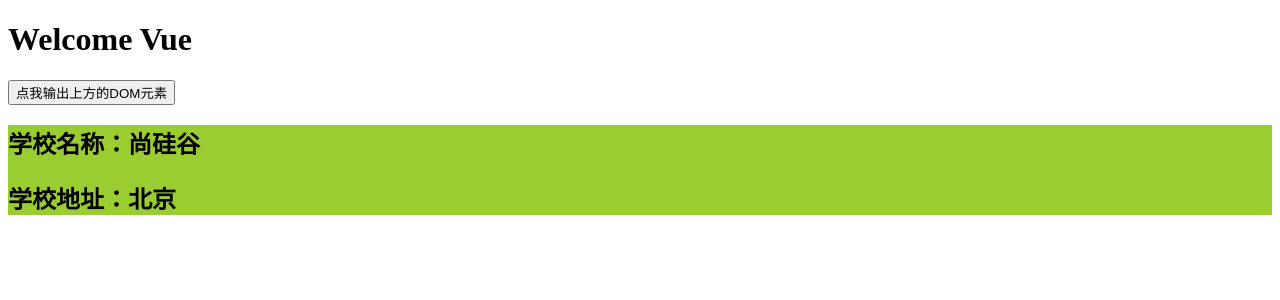
Repository: 319226862/wyy
Page: / (app in vue_test/)
The author's editor kept a copy of each file at every save. The page is drawn from the files as they stood at one save, then again after the next save.
The browser window is 1280 px wide. The pictures show the whole page.
The project was rebuilt for these pictures with package versions that can differ from the ones it lists, and the page was loaded fresh each time. Also part of the build but not shown: vue_test/vue.config.js, vue_test/src/components/Student.vue.

Above is the page before, as saved 2023-06-19 14:52:16.

### vue_test/public/index.html
<!DOCTYPE html>
<html lang="">
  <head>
    <meta charset="utf-8">
    <!-- 针对IE游览器的一个特殊配置，让IE游览器以最高级别的渲染页面 -->
    <meta http-equiv="X-UA-Compatible" content="IE=edge">
    <meta name="viewport" content="width=device-width,initial-scale=1.0">
    <link rel="icon" href="<%= BASE_URL %>favicon.ico">
    <title><%= htmlWebpackPlugin.options.title %></title>
  </head>
  <body>
    <noscript>
      <strong>We're sorry but <%= htmlWebpackPlugin.options.title %> doesn't work properly without JavaScript enabled. Please enable it to continue.</strong>
    </noscript>
    <div id="app"></div>
    <!-- built files will be auto injected -->
  </body>
</html>

### vue_test/src/main.js
// 引入vue
import Vue from 'vue'
// 引入App组件，他所有组件的父组件
import App from './App.vue'

// 关闭vue生产提示
Vue.config.productionTip = false

// 创建vue实例对象--vm
new Vue({
  render: h => h(App),
}).$mount('#app')

### vue_test/src/App.vue
<template>
  <div>
    <h1 v-text="msg" ref="a"></h1>
    <button @click="showDOM">点我输出上方的DOM元素</button>
    <School/>
  </div>
</template>

<script>
import School from './components/School.vue'
import Student from './components/Student.vue'
export default {
  name:'App',
  data(){
    return{
      msg:'Welcome Vue'
    }
  },
  components:{
    School,
    Student
  },
  methods:{
    showDOM(){
      console.log(this.$refs.a)
    }
  }
}
</script>

<style>

</style>

### vue_test/src/components/School.vue
<template>
    <div class="school">
        <h2>学校名称：{{ name }}</h2>
        <h2>学校地址：{{ address }}</h2>
    </div>
</template>

<script>
export default {
    name: 'School',
    data(){
        return{
            name: '尚硅谷',
            address: '北京',
        }
    }
}
</script>

<style>
.school{
background-color: yellowgreen;}
</style>

After the next save:
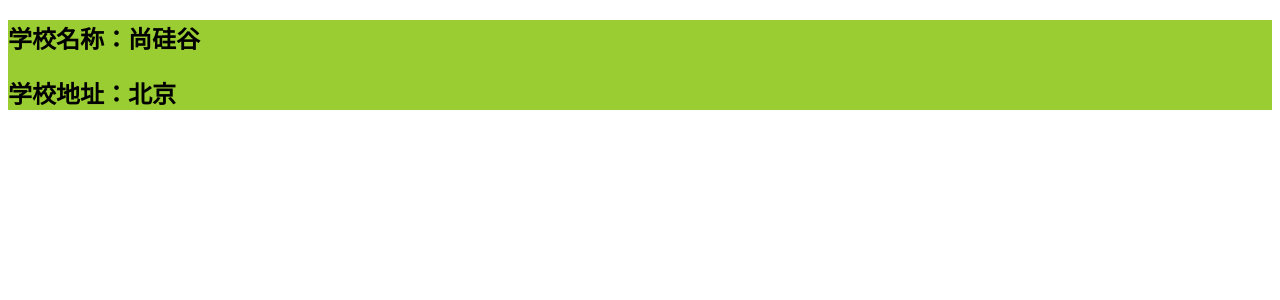
Saved 6 min 50 s later.
--- a/vue_test/src/App.vue
+++ b/vue_test/src/App.vue
@@ -1,14 +1,11 @@
 <template>
   <div>
-    <h1 v-text="msg" ref="a"></h1>
-    <button @click="showDOM">点我输出上方的DOM元素</button>
     <School/>
   </div>
 </template>
 
 <script>
 import School from './components/School.vue'
-import Student from './components/Student.vue'
 export default {
   name:'App',
   data(){
@@ -17,17 +14,7 @@ export default {
     }
   },
   components:{
-    School,
-    Student
+    School
   },
-  methods:{
-    showDOM(){
-      console.log(this.$refs.a)
-    }
-  }
 }
 </script>
-
-<style>
-
-</style>
